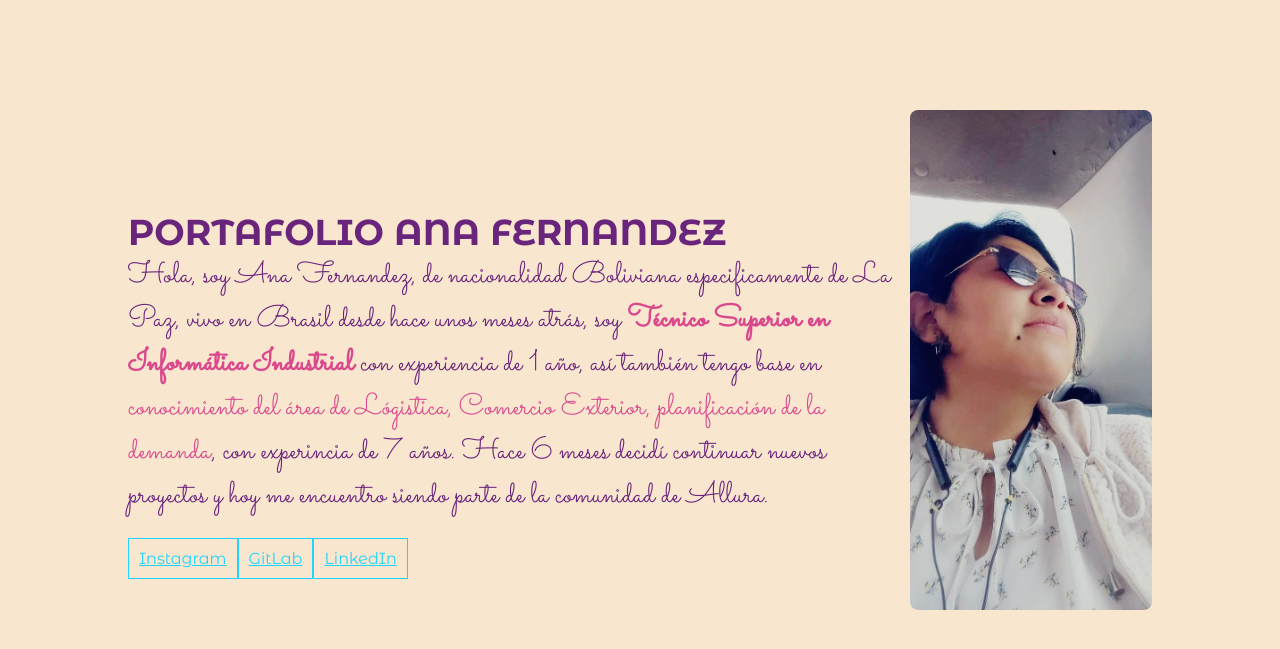
Repository: AnaFzCz/PROYECTOS-HTML---CSS2
Page: Portafolio/index.html
An editor plug-in stored every save of this project. The page is shown before and after the next save, followed by the edit.
The browser window is 1280 px wide. The pictures show the whole page.

Above is the page before, as saved 2025-01-27 05:04:14.

After the next save:
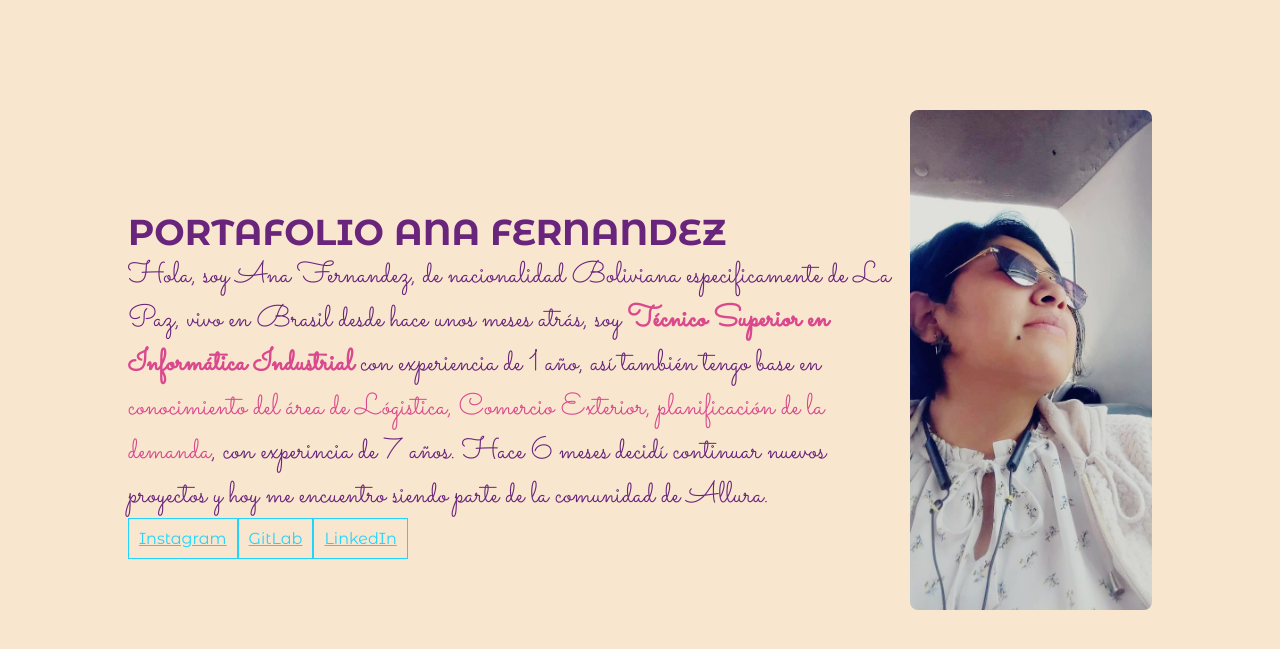
Saved 82 s later.
--- a/Portafolio/index.html
+++ b/Portafolio/index.html
@@ -24,9 +24,9 @@
                 continuar nuevos proyectos y hoy me encuentro siendo parte de la comunidad de Allura.</p>
 
             <div class="presentacion_links">
-                <a class="bot" href="https://instagram.com/anafzcz">Instagram</a>
-                <a class="bot" href="https://github.com/AnaFzCz">GitLab</a>
-                <a class="bot" href="https://linkedin.com/in/ana-fernandez-cruz-238787124">LinkedIn</a>
+                <a class="presentacion_links_link" href="https://instagram.com/anafzcz">Instagram</a>
+                <a class="presentacion_links_link" href="https://github.com/AnaFzCz">GitLab</a>
+                <a class="presentacion_links_link" href="https://linkedin.com/in/ana-fernandez-cruz-238787124">LinkedIn</a>
             </div>
         </div>
         <img src="mindfullness.jpg" alt="myself" style="width:250px;height: 500px;">
